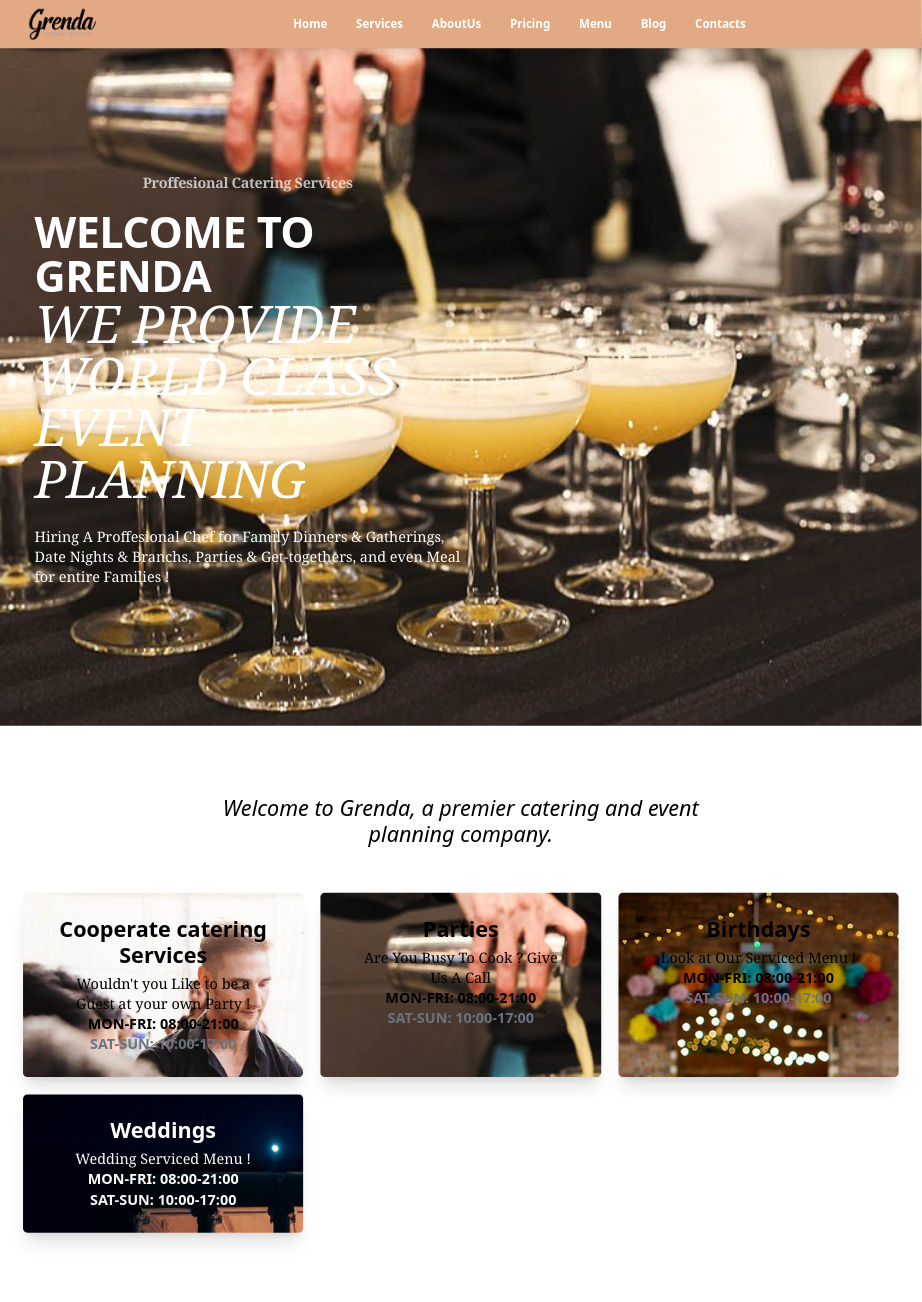
Repository: remydev47/grandes-events
Page: /
The author's editor kept a copy of each file at every save. The page is drawn from the files as they stood at one save, then again after the next save.
The browser window is 1280 px wide. The pictures show the whole page, at 72% of full size.
The project was rebuilt for these pictures with package versions that can differ from the ones it lists, and the page was loaded fresh each time. Also part of the build but not shown: vite.config.js.

Above is the page before, as saved 2023-02-08 15:40:49.

### index.html
<!DOCTYPE html>
<html lang="en">
  <head>
    <meta charset="UTF-8" />
    <link rel="icon" type="image/svg+xml" href="/vite.svg" />
    <meta name="viewport" content="width=device-width, initial-scale=1.0" />
    <title>Grendas</title>
  </head>
  <body>
    <div id="root"></div>
    <script type="module" src="/src/main.jsx"></script>
  </body>
</html>

### src/App.jsx
import { useState } from 'react'
import reactLogo from './assets/react.svg'
import Hero from './components/Hero'
import Navbar from './components/Navbar'
import Services from './components/Services'

function App() {
  const [count, setCount] = useState(0)

  return (
   <div>
      <Navbar />
      <Hero />
      <Services />
   </div>
  )
}

export default App

### src/index.css
@import url("https://fonts.googleapis.com/css2?family=Epilogue:wght@400;500;600;700&display=swap");

@tailwind base;
@tailwind components;
@tailwind utilities;

### src/components/Hero.jsx
import React from 'react'
import { hero } from '../assets'

const Hero = () => {
  return (
    <section className='relative pt-48 pb-12 xl:pt-60 sm:pb-16 lg:pb-32 xl:pb-48 2xl:pb-56'>
    <div className="absolute inset-0">
     <img className="object-cover w-full h-full" src={hero} alt="" />
    </div>
   <div className='relative'>
    <div className="px-6 mx-auto sm:px-8 lg:px-12 max-w-7xl">
      <div className="w-full lg:w-2/3 xl:w-1/2">
        <h1 className="font-serif text-xl font-bold tracking-tight text-white text-opacity-70 text-center">Proffesional Catering Services</h1>
        <p className="mt-6 tracking-tighter text-[#FFF]">
          <span className="font-sans font-bold text-6xl">WELCOME TO GRENDA </span><br />
          <span className="font-serif italic font-BOLD text-7xl">WE PROVIDE WORLD CLASS EVENT PLANNING</span>
        </p>
        <p className="mt-8 font-erif text-xl font-serif text-[#fff]">
          Hiring A Proffesional Chef for Family Dinners & Gatherings, Date Nights & Branchs, Parties & Get-togethers, and even Meal for entire Families !
        </p>
      </div>
    </div>
   </div>
  </section>
  )
}

export default Hero

### src/components/Navbar.jsx
import React from 'react'
import { navLinks } from '../constants'
import Menupopover from './Menupopover'
import { logo } from '../assets'

const Navbar = () => {
  return (
    <header className="fixed inset-x-0 bg-[#e1a984] z-20 flex justify-between items-center py-2 px-2 shadow-lg dark:bg-slate-900 sm:py-3 sm:px-8">
      <div className='flex grow-0 basis-1/3 md:hidden'>
        <Menupopover />
      </div>

     <div className='flex grow-0 ml-2 justify-center md:justify-start'>
       <img src={logo} alt='user' className='w-[60%] h-[60%] object-contain' />
     </div>


     <ul className="list-none sm:flex hidden justify-center items-center flex-1">
     {navLinks.map((nav, index) => (
        <li
        key={nav.id}
        className={`font-bold cursor-pointer text-[16px
           ${index === navLinks.length - 1 ? 'mr-0' : 'mr-10'}
          text-white `}
        >
            <a>{nav.title}</a>
        </li>
      ))}
      </ul>

    </header>
  )
}

export default Navbar

### src/components/Services.jsx
import React from 'react'


const services =[
  {
    image:"",
    name:'',

  },
  {
    image:"",
    name:'',

  },
  {
    image:"",
    name:'',

  },
  {
    image:"",
    name:'',

  },
]

const Services = () => {
  return (
    <section className={` sm:py-16 lg:py-24`}>
      <div className="px-4 mx-auto max-w-7xl sm:px-6 lg:px-8">
       <div className="max-w-2xl mx-auto text-center">
         <h2 className="text-xl font-normal italic leading-tight text-black lg:text-3xl">
          Welcome to Grenda, a premier catering and event planning company.
         </h2>
       </div>

       <div className="grid max-w-md grid-cols-1 gap-6 mx-auto mt-8 text-center lg:max-w-full lg:mt-16 lg:grid-cols-3">

        <div className="overflow-hidden bg-[url('./src/assets/service1.jpeg')] shadow-xl border-gray-300 rounded-md">
          <div className="p-8 xl:px-12 flex flex-col items-center justify-center">
             <div className='flex flex-col'>
               <h1 className='text-3xl font-semibold text-black'>Cooperate catering Services</h1>
             </div>
             <h2 className='font-normal text-xl font-serif text-black text-center mt-2'>
               Wouldn't you Like to be a Guest at your own Party !
             </h2>
             <p className='text-xl text-black text-center font-bold'>
               MON-FRI: 08:00-21:00
             </p>
             <p className='text-xl text-gray-500 text-center font-bold'>
               SAT-SUN: 10:00-17:00
             </p>
          </div>
        </div>

        <div className="overflow-hidden bg-[url('./src/assets/hero.jpeg')] shadow-xl border-gray-300 rounded-md">
          <div className="p-8 xl:px-12 flex flex-col items-center justify-center">
             <div className='flex flex-col'>
               <h1 className='text-3xl font-semibold text-black'>Parties</h1>
             </div>
             <h2 className='font-normal text-xl font-serif text-black text-center mt-2'>
               Are You Busy To Cook ? Give Us A Call
             </h2>
             <p className='text-xl text-black text-center font-bold'>
               MON-FRI: 08:00-21:00
             </p>
             <p className='text-xl text-gray-500 text-center font-bold'>
               SAT-SUN: 10:00-17:00
             </p>
          </div>
        </div>

        <div className="overflow-hidden bg-[url('./src/assets/service3.jpeg')] shadow-xl border-gray-300 rounded-md">
          <div className="p-8 xl:px-12 flex flex-col items-center justify-center">
             <div className='flex flex-col'>
               <h1 className='text-3xl font-semibold text-black'>Birthdays</h1>
             </div>
             <h2 className='font-normal text-xl font-serif text-black text-center mt-2'>
               Look at Our Serviced Menu !
             </h2>
             <p className='text-xl text-black text-center font-bold'>
               MON-FRI: 08:00-21:00
             </p>
             <p className='text-xl text-gray-500 text-center font-bold'>
               SAT-SUN: 10:00-17:00
             </p>
          </div>
        </div>

        <div className="overflow-hidden bg-[url('./src/assets/service2.jpeg')] shadow-xl border-gray-300 rounded-md">
          <div className="p-8 xl:px-12 flex flex-col items-center justify-center">
             <div className='flex flex-col'>
               <h1 className='text-3xl font-semibold text-white'>Weddings</h1>
             </div>
             <h2 className='font-normal text-xl font-serif text-white text-center mt-2'>
               Wedding Serviced Menu !
             </h2>
             <p className='text-xl text-white text-center font-bold'>
               MON-FRI: 08:00-21:00
             </p>
             <p className='text-xl text-gray-50 text-center font-bold'>
               SAT-SUN: 10:00-17:00
             </p>
          </div>
        </div>



       </div>
      </div>
    </section>
  )
}

export default Services

### src/assets/index.js
import menu from './menu.svg';
import logo from './logo3.png';
import close from './close.svg';
import hero from './hero.jpeg';
import service1 from './service1.jpeg';
import service2 from './service2.jpeg';
import service3 from './service3.jpeg'

export{
    menu, logo, close, hero, service1, service2, service3
}

### src/constants/index.js
export const navLinks=[
    {
        id:"home",
        title:"Home",
    },
    {
        id:"services",
        title:"Services",
    },
    {
        id:"AboutUs",
        title:"AboutUs",
    },
    {
        id:"pricing",
        title:"Pricing",
    },
    {
        id:"menu",
        title:"Menu",
    },
    {
        id:"blog",
        title:"Blog",
    },
    {
        id:"contacts",
        title:"Contacts",
    },
]

### src/components/Menupopover.jsx
import React, { useState } from 'react'
import { navLinks } from '../constants'
import { logo, menu } from '../assets'

const Menupopover = () => {
    const [toggleDrawer, setToggleDrawer] = useState(false);

  return (
    <div className='sm:hidden flex justify-between
     items-center relative'>
      <div className='w-[40px] h-[40px] rounded-[10px] bg-[#e1a984] flex
          justify-center items-center cursor-pointer'>
              {/* <img src={logo} alt='user' className='w-[60%] h-[60%] object-contain' /> */}
      </div>
      <img
        src={menu}
        alt="menu"
        className='w-[34px] h-[34px] object-contain cursor-pointer'
        onClick={() => setToggleDrawer((prev) => !prev)}
      />
      <div className={`fixed top-[60px] bg-[#e1a984] w-full max-w-xs
       ${!toggleDrawer ? '-translate-y-[100vh]' : 'translate-y-0'} transition-all duration-700`}>
        <ul className='list-none flex flex-col justify-end items-center flex-1'>
          {navLinks.map((nav, index) => (
             <li
              key={nav.id}
              className={`font-bold cursor-pointer text-[16px]
              mt-2 border-t border-slate-200 py-4 dark:border-slate-600
              ${index === navLinks.length - 1 ? 'mr-0' : 'mb-4'}
               text-white `}
             >
                 <a>{nav.title}</a>
             </li>
          ))}
        </ul>
       </div>
   </div>
  )
}

export default Menupopover

const styles = {
  container:`fixed top-0 bottom-0 left-0 w-full max-w-xs rounded-r-xl bg-[#e1a984] p-6 shadow-lg dark:bg-gray-800`,
  container2:`absolute top-[60px] right-0 left-0 bg-[#e1a984] z-10 shadow-secondary py-4`
}

### tailwind.config.cjs
/** @type {import('tailwindcss').Config} */
module.exports = {
  content: [
    "./index.html",
    "./src/**/*.{js,ts,jsx,tsx}",
  ],
  theme: {
    extend: {
      backgroundImage: {
        'bg-1': "url('./src/assets/service1.jpeg')",
        'bg-2': "url('./src/assets/hero.jpeg')",
        'bg-3': "url('./src/assets/service2.jpeg')",
        'bg-4': "url('./src/assets/service3.jpeg')",
      },
      fontFamily: {
        epilogue: ['Epilogue', 'sans-serif'],
      },
      boxShadow: {
        secondary: '10px 10px 20px rgba(2, 2, 2, 0.25)',
      },
    },
  },
  plugins: [],
}

Loaded but not shown: src/main.jsx (common file)

After the next save:
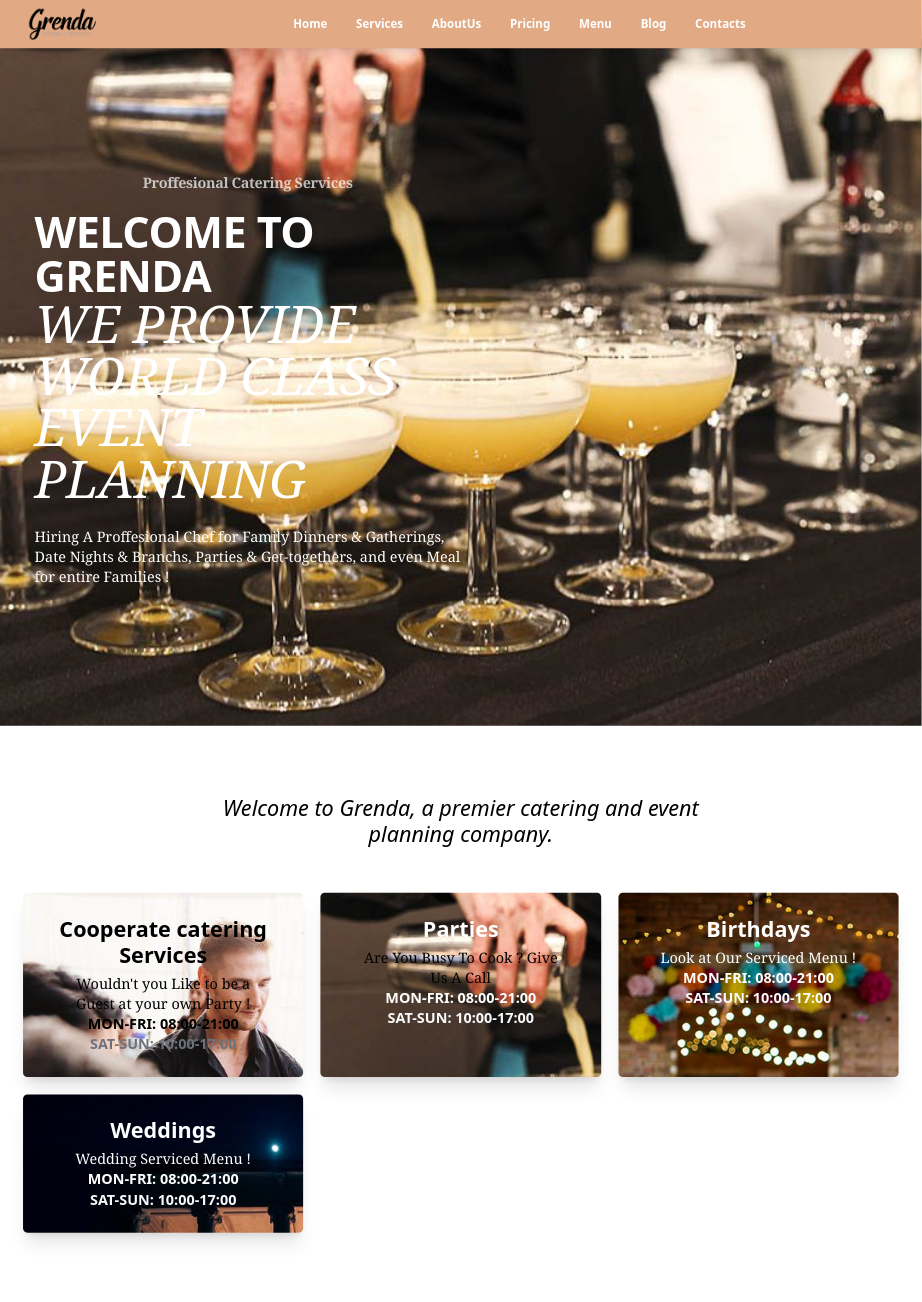
Saved 36 s later.
--- a/src/components/Services.jsx
+++ b/src/components/Services.jsx
@@ -56,15 +56,15 @@ const Services = () => {
         <div className="overflow-hidden bg-[url('./src/assets/hero.jpeg')] shadow-xl border-gray-300 rounded-md">
           <div className="p-8 xl:px-12 flex flex-col items-center justify-center">
              <div className='flex flex-col'>
-               <h1 className='text-3xl font-semibold text-black'>Parties</h1>
+               <h1 className='text-3xl font-semibold text-white'>Parties</h1>
              </div>
              <h2 className='font-normal text-xl font-serif text-black text-center mt-2'>
                Are You Busy To Cook ? Give Us A Call
              </h2>
-             <p className='text-xl text-black text-center font-bold'>
+             <p className='text-xl text-white text-center font-bold'>
                MON-FRI: 08:00-21:00
              </p>
-             <p className='text-xl text-gray-500 text-center font-bold'>
+             <p className='text-xl text-gray-50 text-center font-bold'>
                SAT-SUN: 10:00-17:00
              </p>
           </div>
@@ -73,15 +73,15 @@ const Services = () => {
         <div className="overflow-hidden bg-[url('./src/assets/service3.jpeg')] shadow-xl border-gray-300 rounded-md">
           <div className="p-8 xl:px-12 flex flex-col items-center justify-center">
              <div className='flex flex-col'>
-               <h1 className='text-3xl font-semibold text-black'>Birthdays</h1>
+               <h1 className='text-3xl font-semibold text-white'>Birthdays</h1>
              </div>
-             <h2 className='font-normal text-xl font-serif text-black text-center mt-2'>
+             <h2 className='font-normal text-xl font-serif text-white text-center mt-2'>
                Look at Our Serviced Menu !
              </h2>
-             <p className='text-xl text-black text-center font-bold'>
+             <p className='text-xl text-white text-center font-bold'>
                MON-FRI: 08:00-21:00
              </p>
-             <p className='text-xl text-gray-500 text-center font-bold'>
+             <p className='text-xl text-gray-50 text-center font-bold'>
                SAT-SUN: 10:00-17:00
              </p>
           </div>
